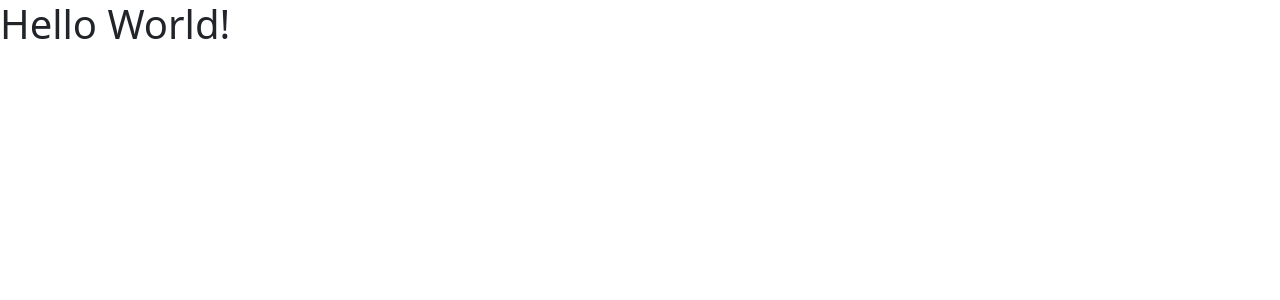
Repository: Subhadip09/Hospital-Management-System
Page: http://localhost/Hospital-Management-System/
An editor plug-in stored every save of this project. The page is shown before and after the next save, followed by the edit.
The browser window is 1280 px wide. The pictures show the whole page.
The page is served by Tomcat 9. Other server files are loaded and not shown.

Above is the page before, as saved 2024-04-05 16:39:16.

### Hospital-Management-System/src/main/webapp/index.jsp
<%@ page language="java" contentType="text/html; charset=UTF-8"
	pageEncoding="UTF-8"%>
<!DOCTYPE html>
<html>
<head>
<meta charset="UTF-8">
<title>Index Page</title>
<link
	href="https://cdn.jsdelivr.net/npm/bootstrap@5.3.3/dist/css/bootstrap.min.css"
	rel="stylesheet"
	integrity="sha384-QWTKZyjpPEjISv5WaRU9OFeRpok6YctnYmDr5pNlyT2bRjXh0JMhjY6hW+ALEwIH"
	crossorigin="anonymous">

<link rel="stylesheet"
	href="https://cdnjs.cloudflare.com/ajax/libs/font-awesome/6.5.2/css/all.min.css"
	integrity="sha512-SnH5WK+bZxgPHs44uWIX+LLJAJ9/2PkPKZ5QiAj6Ta86w+fsb2TkcmfRyVX3pBnMFcV7oQPJkl9QevSCWr3W6A=="
	crossorigin="anonymous" referrerpolicy="no-referrer" />
</head>
<body>
<h1>Hello World!</h1>

	<script
		src="https://cdn.jsdelivr.net/npm/bootstrap@5.3.3/dist/js/bootstrap.bundle.min.js"
		integrity="sha384-YvpcrYf0tY3lHB60NNkmXc5s9fDVZLESaAA55NDzOxhy9GkcIdslK1eN7N6jIeHz"
		crossorigin="anonymous"></script>
</body>
</html>

### Hospital-Management-System/src/main/webapp/component/allcss.jsp
<link
	href="https://cdn.jsdelivr.net/npm/bootstrap@5.3.3/dist/css/bootstrap.min.css"
	rel="stylesheet"
	integrity="sha384-QWTKZyjpPEjISv5WaRU9OFeRpok6YctnYmDr5pNlyT2bRjXh0JMhjY6hW+ALEwIH"
	crossorigin="anonymous">

<link rel="stylesheet"
	href="https://cdnjs.cloudflare.com/ajax/libs/font-awesome/6.5.2/css/all.min.css"
	integrity="sha512-SnH5WK+bZxgPHs44uWIX+LLJAJ9/2PkPKZ5QiAj6Ta86w+fsb2TkcmfRyVX3pBnMFcV7oQPJkl9QevSCWr3W6A=="
	crossorigin="anonymous" referrerpolicy="no-referrer" />

<script
	src="https://cdn.jsdelivr.net/npm/bootstrap@5.3.3/dist/js/bootstrap.bundle.min.js"
	integrity="sha384-YvpcrYf0tY3lHB60NNkmXc5s9fDVZLESaAA55NDzOxhy9GkcIdslK1eN7N6jIeHz"
	crossorigin="anonymous"></script>

After the next save:
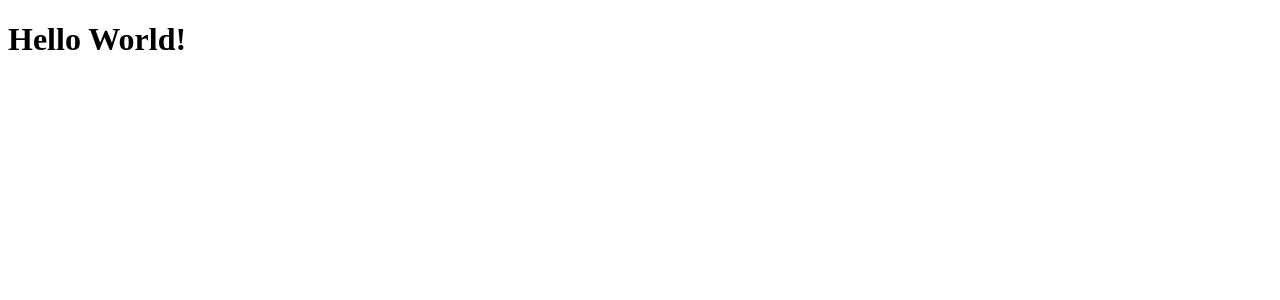
Saved 3 s later.
--- a/Hospital-Management-System/src/main/webapp/index.jsp
+++ b/Hospital-Management-System/src/main/webapp/index.jsp
@@ -5,23 +5,10 @@
 <head>
 <meta charset="UTF-8">
 <title>Index Page</title>
-<link
-	href="https://cdn.jsdelivr.net/npm/bootstrap@5.3.3/dist/css/bootstrap.min.css"
-	rel="stylesheet"
-	integrity="sha384-QWTKZyjpPEjISv5WaRU9OFeRpok6YctnYmDr5pNlyT2bRjXh0JMhjY6hW+ALEwIH"
-	crossorigin="anonymous">
-
-<link rel="stylesheet"
-	href="https://cdnjs.cloudflare.com/ajax/libs/font-awesome/6.5.2/css/all.min.css"
-	integrity="sha512-SnH5WK+bZxgPHs44uWIX+LLJAJ9/2PkPKZ5QiAj6Ta86w+fsb2TkcmfRyVX3pBnMFcV7oQPJkl9QevSCWr3W6A=="
-	crossorigin="anonymous" referrerpolicy="no-referrer" />
 </head>
 <body>
 <h1>Hello World!</h1>
 
-	<script
-		src="https://cdn.jsdelivr.net/npm/bootstrap@5.3.3/dist/js/bootstrap.bundle.min.js"
-		integrity="sha384-YvpcrYf0tY3lHB60NNkmXc5s9fDVZLESaAA55NDzOxhy9GkcIdslK1eN7N6jIeHz"
-		crossorigin="anonymous"></script>
+
 </body>
 </html>

After the save that followed:
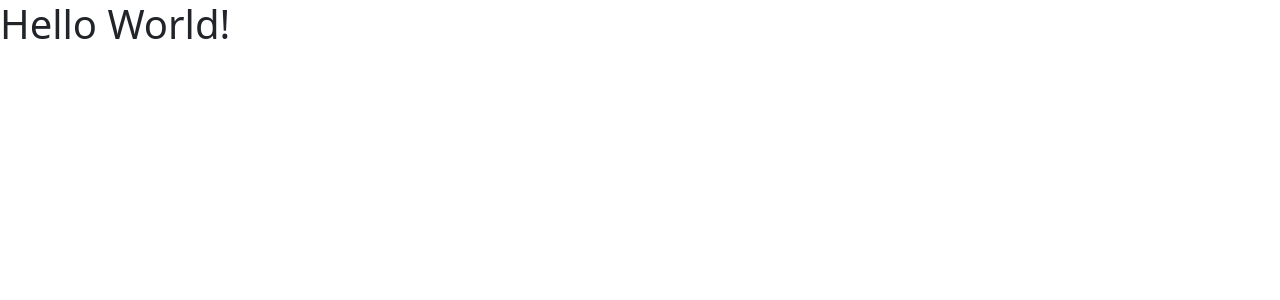
Saved 55 s later.
--- a/Hospital-Management-System/src/main/webapp/index.jsp
+++ b/Hospital-Management-System/src/main/webapp/index.jsp
@@ -5,6 +5,7 @@
 <head>
 <meta charset="UTF-8">
 <title>Index Page</title>
+<%@include file="component/allcss.jsp" %>
 </head>
 <body>
 <h1>Hello World!</h1>
